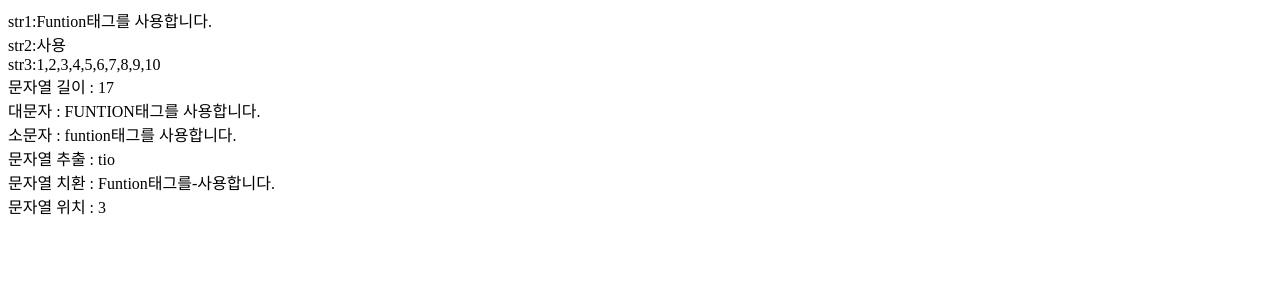
Repository: chanhok95/webpage
Page: http://localhost/webTesting/07_JSTL/functions.jsp
An editor plug-in stored every save of this project. The page is shown before and after the next save, followed by the edit.
The browser window is 1280 px wide. The pictures show the whole page.
The page is served by Tomcat 9.

Above is the page before, as saved 2019-10-28 01:22:40.

After the next save:
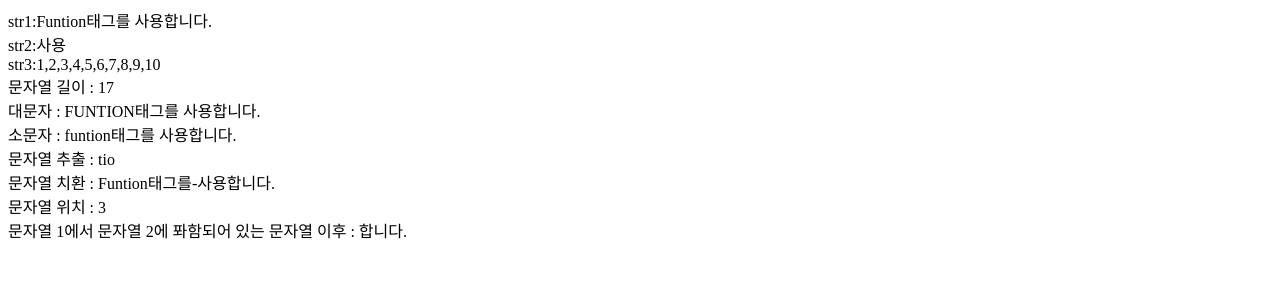
Saved 60 s later.
--- a/webTesting/WebContent/07_JSTL/functions.jsp
+++ b/webTesting/WebContent/07_JSTL/functions.jsp
@@ -28,6 +28,8 @@
 	문자열 치환 : ${fn:replace(str1," ","-") }<br/>
 	문자열 위치 : ${fn:indexOf(str1,"t") }<br/>
 
+	문자열 1에서 문자열 2에 퐈함되어 있는 문자열 이후 : ${fn:substringAfter(str1,str2) } <br/>
+
 	</div>
 
 
